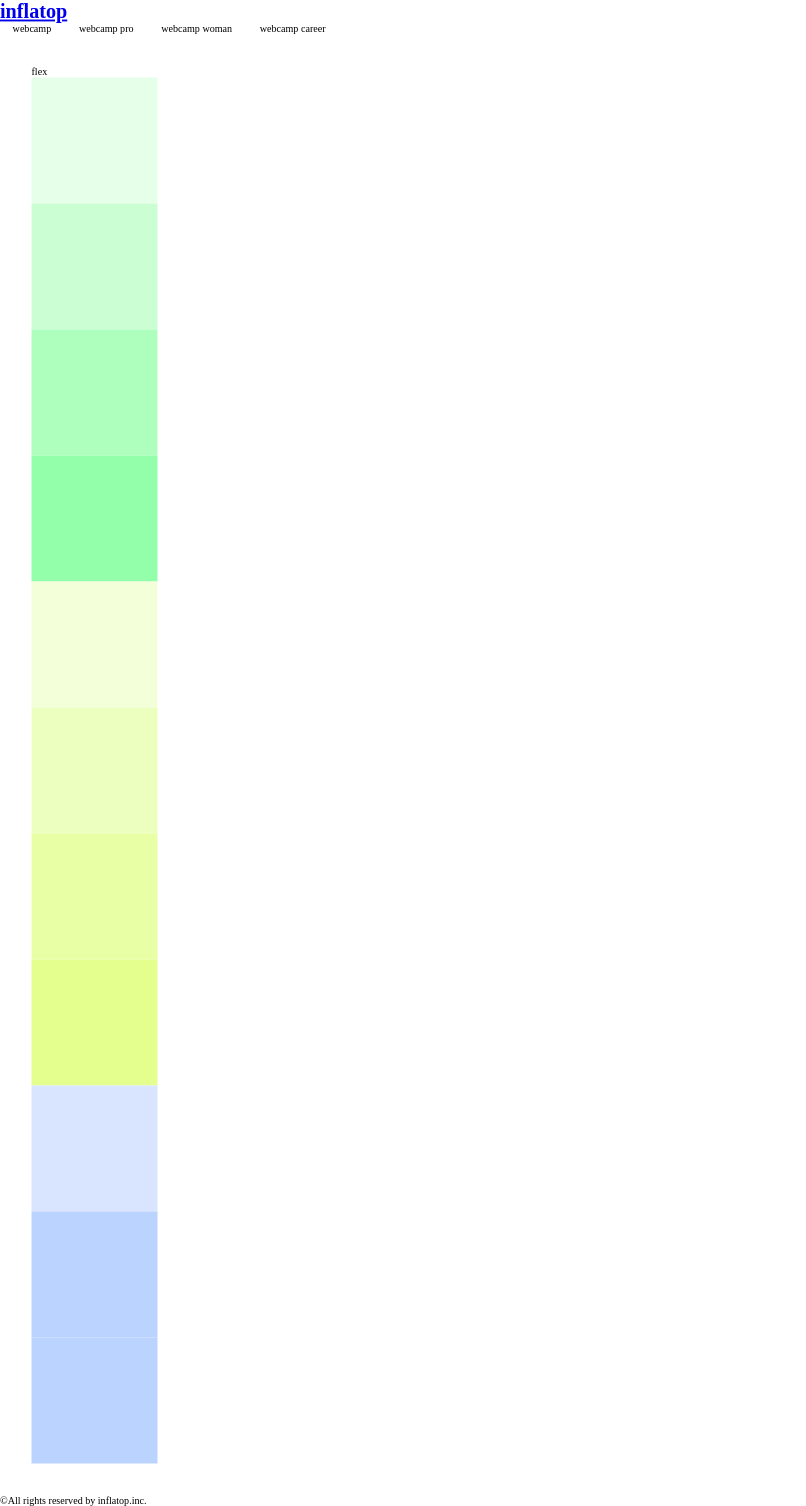
Repository: sunny0105yoko/bookers2-debug
Page: excise5/index.html
The author's editor kept a record of every edit. The page is drawn from the files as they stood at one moment, then again after the next edit.
The browser window is 1280 px wide. The pictures show the whole page, at 63% of full size.

Above is the page before.

### excise5/index.html
<!DOCTYPE html><!DOCTYPE html>
<html lang="ja">
  <head>
    <meta charset="UTF-8" />
    <link rel="stylesheet" href="style.css" />
    <title>Excise5</title>
  </head>

  <header>
    <h1 class="heading">
      <a href="https://web-camp.online/lesson/curriculums/283/contents/2682">
        inflatop
      </a>
    </h1>
    <nav>
      <ul class="nav-list">
        <li class="nav-list-item">webcamp</li>
        <li class="nav-list-item">webcamp pro</li>
        <li class="nav-list-item">webcamp woman</li>
        <li class="nav-list-item">webcamp career</li>
      </ul>
    </nav>
  </header>

  <body>
    <div class="flex">flex
     <div class="flex-box1"></div>
     <div class="flex-box2"></div>
     <div class="flex-box3"></div>
     <div class="flex-box4"></div>
     <div class="flex-box5"></div>
     <div class="flex-box6"></div>
     <div class="flex-box7"></div>
     <div class="flex-box8"></div>
     <div class="flex-box9"></div>
     <div class="flex-box10"></div>
     <div class="flex-box11"></div>
     <div class="flex-box12"></div>
    </div>

    <footer>
      <div class="footer-contents">
        ©All rights reserved by inflatop.inc.
      </div>
    </footer>
  </body>
</html>

### excise5/style.css
*{
  margin:0;
  padding: 0;
  box-sizing:border-box;
}

headder{
  width: 100%;
  padding-top: 20px;
  padding-bottom: 20px;
  margin:0 auto;
  text-align: center;
}

.navi-list{
  text-align: center;
  padding 15px 0;
}
.nav-list-item{
  list-style: none;
  display:inline-block;
  padding: 0 20px;
}

.flex{
  display: flex-wrap;
  padding:50px;
}
.flex-box1{
  background-color: #e6ffe9;
  width: 200px;
  height: 200px;
}
.flex-box2{
  background-color: #cbffd3;
  width: 200px;
  height: 200px;
}
.flex-box3{
  background-color: #aeffbd;
  width: 200px;
  height: 200px;
}
.flex-box4{
  background-color: #93ffab;
  width: 200px;
  height: 200px;
}
.flex-box5{
  background-color: #f3ffd8;
  width: 200px;
  height: 200px;
}
.flex-box6{
  background-color: #edffbe;
  width: 200px;
  height: 200px;
}
.flex-box7{
  background-color: #e9ffa5;
  width: 200px;
  height: 200px;
}
.flex-box8{
  background-color: #e4ff8d;
  width: 200px;
  height: 200px;
}
.flex-box9{
  background-color: #d9e5ff;
  width: 200px;
  height: 200px;
}
.flex-box10{
  background-color: #bad3ff;
  width: 200px;
  height: 200px;
}
.flex-box11{
  background-color: #bad3ff;
  width: 200px;
  height: 200px;

After the next edit:
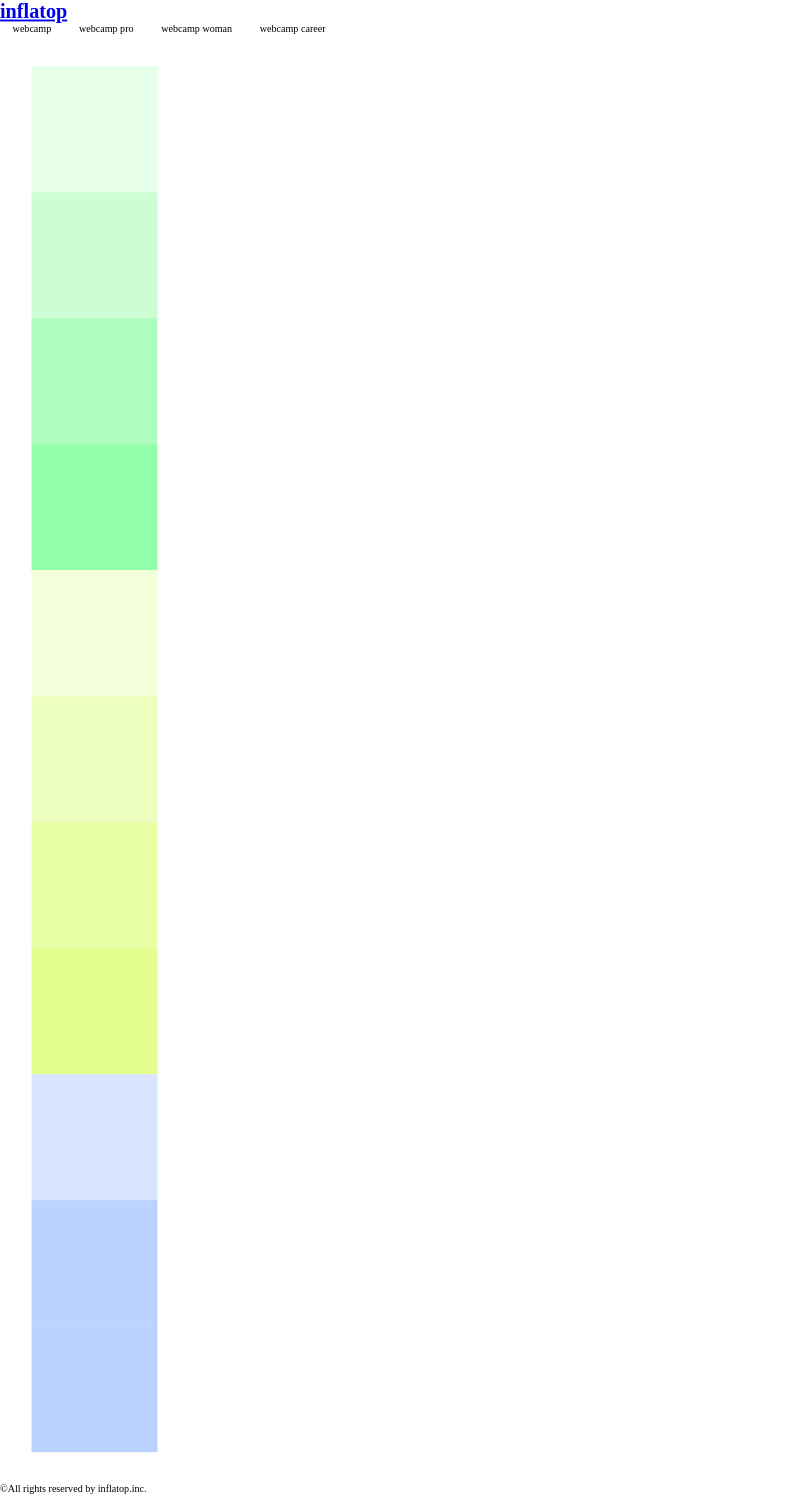
The edit:
--- a/excise5/index.html
+++ b/excise5/index.html
@@ -23,7 +23,7 @@
   </header>
 
   <body>
-    <div class="flex">flex
+    <div class="flex">
      <div class="flex-box1"></div>
      <div class="flex-box2"></div>
      <div class="flex-box3"></div>
